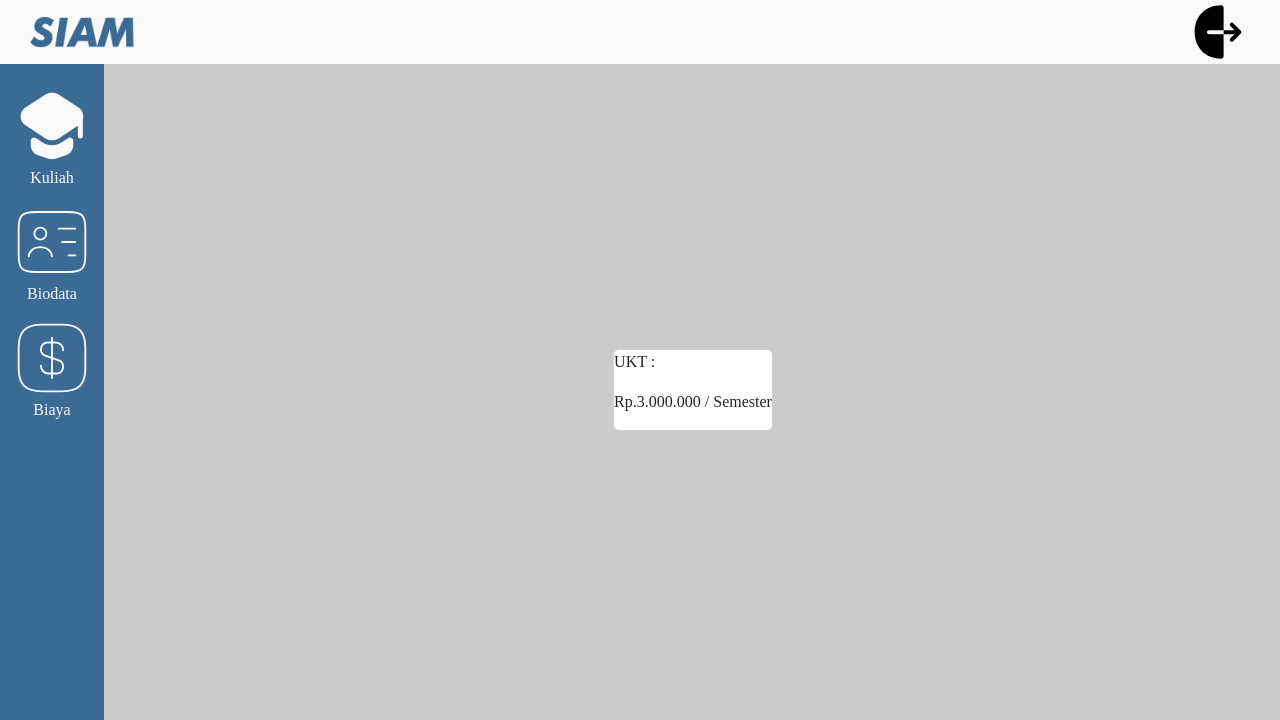
Repository: haikalirf/Project-IMK
Page: biaya.html
These files come from the project's save history. The page is drawn as it stood at one moment and after the next save; the edit follows.
The browser window is 1280 px wide. The pictures show the whole page.
Some web fonts or font styles are not loaded; a fallback is used.

Above is the page before, as saved 2022-12-16 18:36:01.
Not found: scripts/.js

### biaya.html
<!DOCTYPE html>
<html lang="en">
<head>
	<meta charset="UTF-8">
	<meta http-equiv="X-UA-Compatible" content="IE=edge">
	<meta name="viewport" content="width=device-width, initial-scale=1.0">
	<title>SIAM</title>
	<link rel="icon" href="/assets/logo_ub.ico">
	<link rel="stylesheet" href="https://cdn.jsdelivr.net/npm/bootstrap@5.2.3/dist/css/bootstrap.min.css" integrity="sha384-rbsA2VBKQhggwzxH7pPCaAqO46MgnOM80zW1RWuH61DGLwZJEdK2Kadq2F9CUG65" crossorigin="anonymous">
	<link rel="stylesheet" href="/styles/template.css">
</head>
<body>
	<nav class="navbar" id="navbar">
		<div class="navbar-left">
			<a class="navbar-brand" href="/kuliah.html">
				<img class="navbar-image" src="/assets/SIAM.png" alt="SIAM">
			</a>
		</div>
		<a class="navbar-link" href="landing.html">
			<img id="navbar-image" src="/assets/Logout.svg" alt="Logout">
		</a>
	</nav>
	<div class="mh-100" id="sidebar">
		<a class="btn" href="kuliah.html">
			<img id="sidebar-kuliah" src="/assets/Kuliah Logo.svg" alt="Kuliah">
			<label for="sidebar-kuliah">Kuliah</label>
		</a>
		<a class="btn" href="biodata.html">
			<img id="sidebar-biodata" src="/assets/Biodata Logo Kosong.svg" alt="Biodata">
			<label for="sidebar-biodata">Biodata</label>
		</a>
		<a class="btn" href="biaya.html">
			<img id="sidebar-biaya" src="/assets/Biaya Logo Kosong.svg" alt="Biaya">
			<label for="sidebar-biaya">Biaya</label>
		</a>
	</div>
	<main>
		<div class="card">
			<div>
				<p>UKT :</p>
			</div>
			<p>Rp.3.000.000 / Semester</p>
		</div>
	</main>
	<script src="https://cdn.jsdelivr.net/npm/bootstrap@5.2.3/dist/js/bootstrap.bundle.min.js" integrity="sha384-kenU1KFdBIe4zVF0s0G1M5b4hcpxyD9F7jL+jjXkk+Q2h455rYXK/7HAuoJl+0I4" crossorigin="anonymous"></script>
	<script src="/scripts/.js"></script>
</body>
</html>

### styles/template.css
/* CSS Reset */
/*
	Josh's Custom CSS Reset
	https://www.joshwcomeau.com/css/custom-css-reset/
*/
*, *::before, *::after {
	box-sizing: border-box;
}
  * {
	margin: 0;
}
html, body {
	height: 100%;
}
body {
	line-height: 1.5;
	-webkit-font-smoothing: antialiased;
}
img, picture, video, canvas, svg {
	display: block;
	max-width: 100%;
}
input, button, textarea, select {
	font: inherit;
}
p, h1, h2, h3, h4, h5, h6 {
	overflow-wrap: break-word;
}
#root, #__next {
	isolation: isolate;
}
/* CSS Reset ends */

body {
	background-color: #cbcbcb;
	font-family: 'readex';
	font-size: 16px;
}

@font-face {
	font-family: 'readex';
	src:url('/assets/fonts/ReadexPro-Medium.ttf');
}

#navbar {
	display: flex;
	justify-content: space-between;
	position: fixed;
	background-color: #f9f9f9;
	z-index: 1;
	width: 100%;
	padding: 0px 30px;
}

.navbar-left {
	display: flex;
	align-items: center;
}

.navbar-image {
	height: 50px;
}

.navbar-extra {
	padding-bottom: 5px;
	margin-left: 15px;
}

main {
	padding-top: 60px;
	padding-left: 106px;
	display: flex;
	flex-direction: column;
	justify-content: center;
	align-items: center;
	height: 100vh;
	gap: 20px;
}

#sidebar {
	background-color: #3b6a94;
	display: flex;
	flex-direction: column;
	flex: 1;
	position: fixed;
	height: 100vh;
	padding-top: 80px;
}

#sidebar a:hover {
	background-color: #266093;
}

#sidebar img {
	width: 80px;
	height: 80px;
}

a img, a label {
	color: #f9f9f9;
}

.btn {
	background-color: #3b6a94;
	border: none;
}

.btn:hover {
	background-color: #266093;
}

.list-group-flush {
	padding-left: 0px;
}

/* @media (max-width: 620px) {
	.card {
		width: 90%;
	}
} */

After the next save:
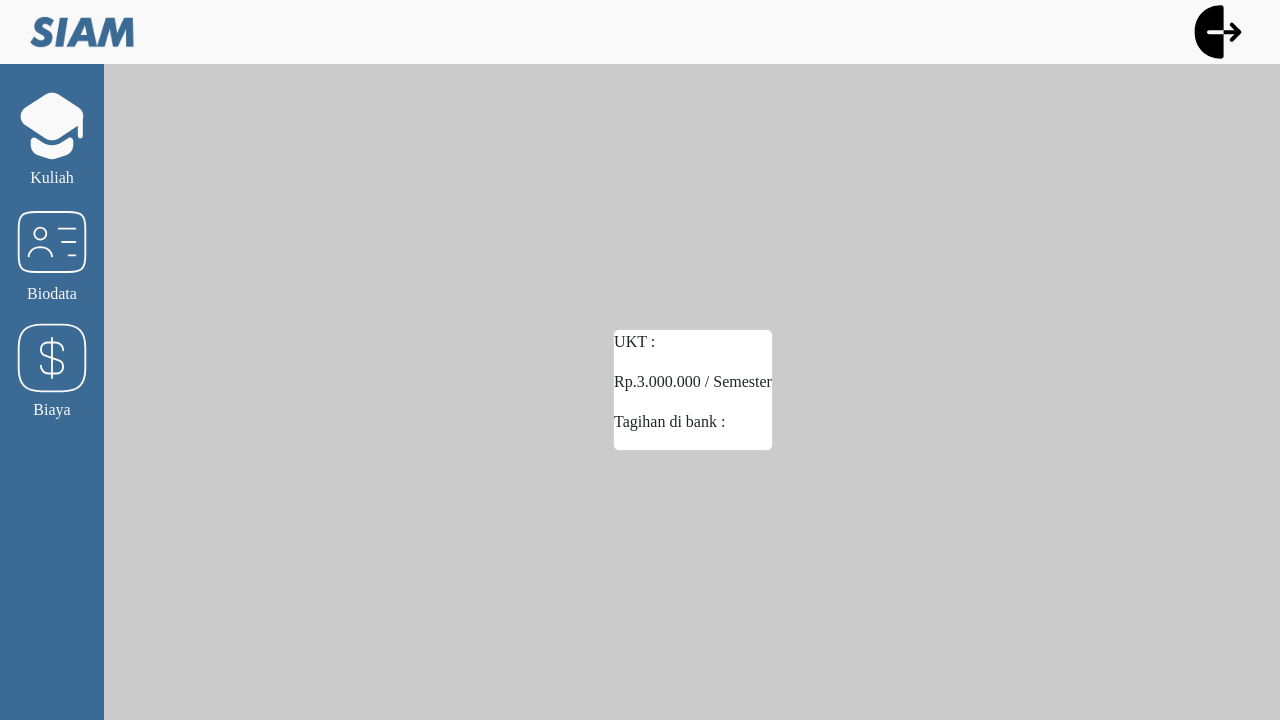
Saved 10 s later.
--- a/biaya.html
+++ b/biaya.html
@@ -40,6 +40,9 @@
 				<p>UKT :</p>
 			</div>
 			<p>Rp.3.000.000 / Semester</p>
+			<div>
+				<p>Tagihan di bank :</p>
+			</div>
 		</div>
 	</main>
 	<script src="https://cdn.jsdelivr.net/npm/bootstrap@5.2.3/dist/js/bootstrap.bundle.min.js" integrity="sha384-kenU1KFdBIe4zVF0s0G1M5b4hcpxyD9F7jL+jjXkk+Q2h455rYXK/7HAuoJl+0I4" crossorigin="anonymous"></script>
